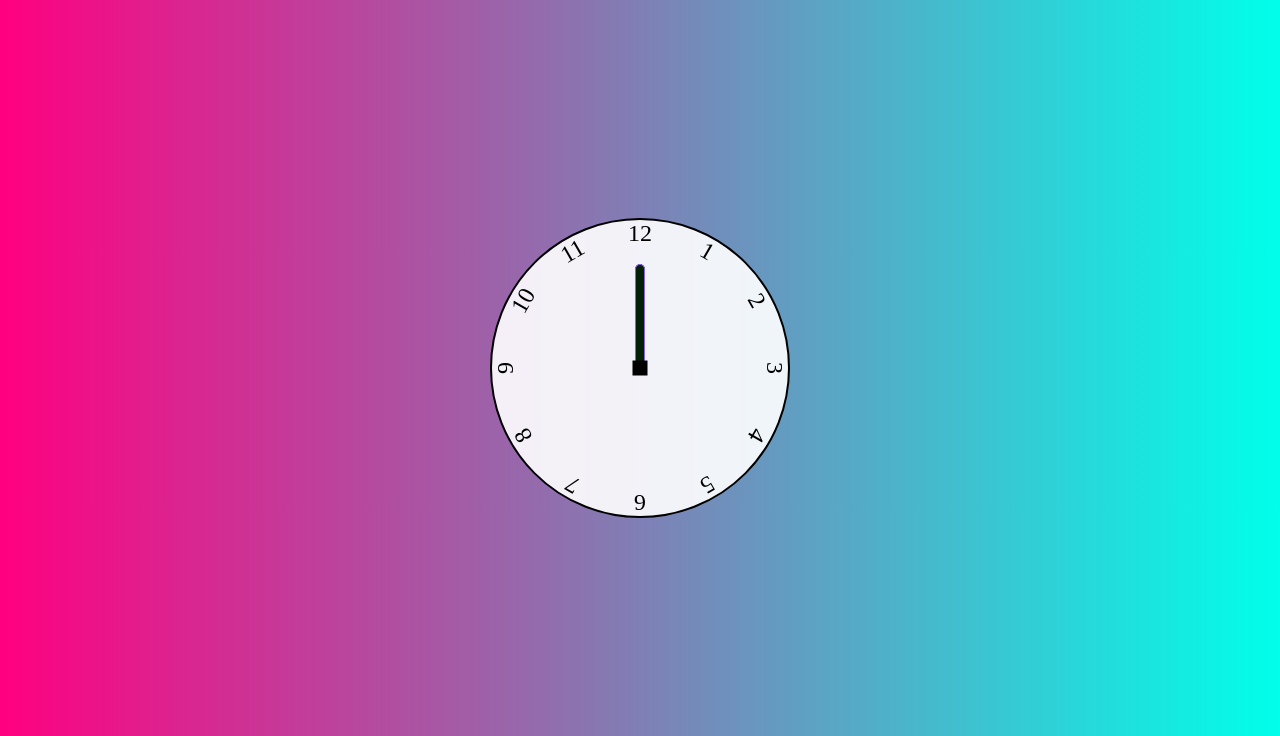
Repository: Okwahi/my-clock
Page: clock.html
These files come from the project's save history. The page is drawn as it stood at one moment and after a run of saves; the edit follows.
The browser window is 1280 px wide. The pictures show the whole page.

Above is the page before, as saved 2023-04-14 11:33:06.

After the next 2 saves:
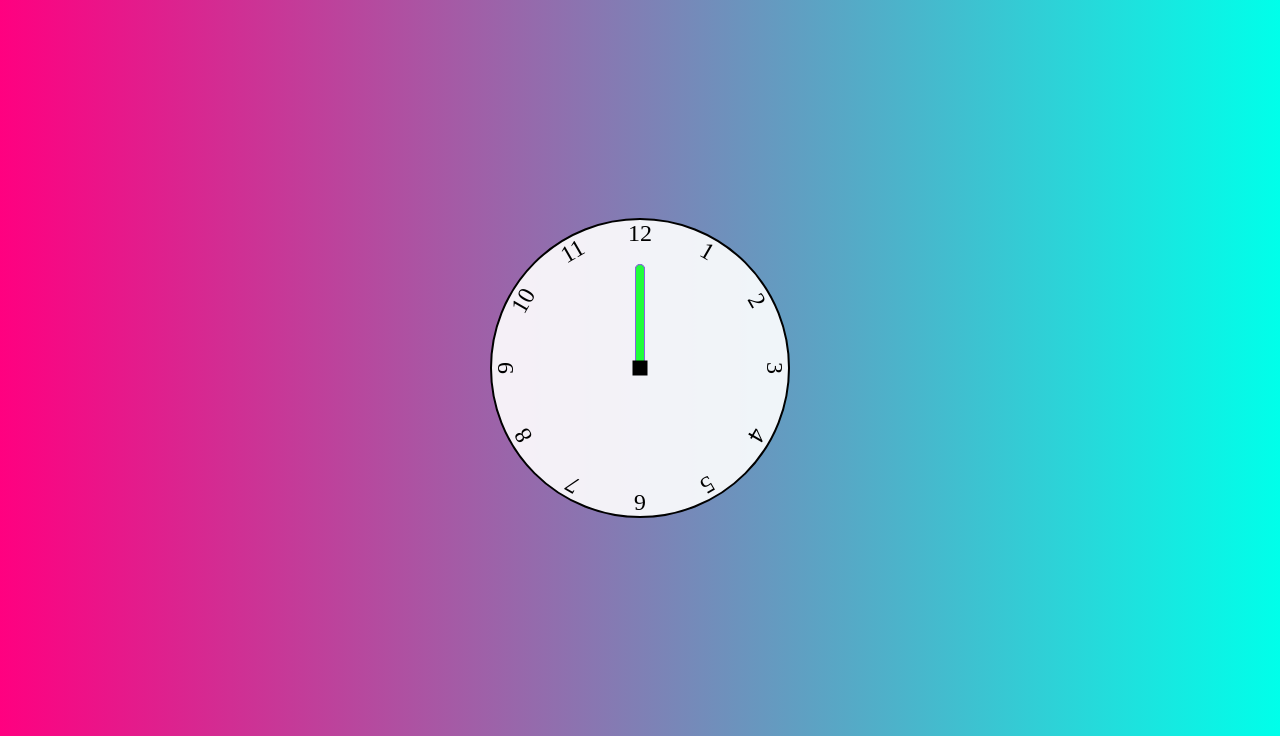
The 2 saves are shown as one change because they came seconds apart.
The last was saved 27 s later.
--- a/clock.css
+++ b/clock.css
@@ -90,5 +90,5 @@ body{
 .clock .hand.hour {
     width: 10px;
     height: 35%;
-    background-color: rgb(4, 31, 7);
+    background-color: rgb(33, 253, 59);
 }
